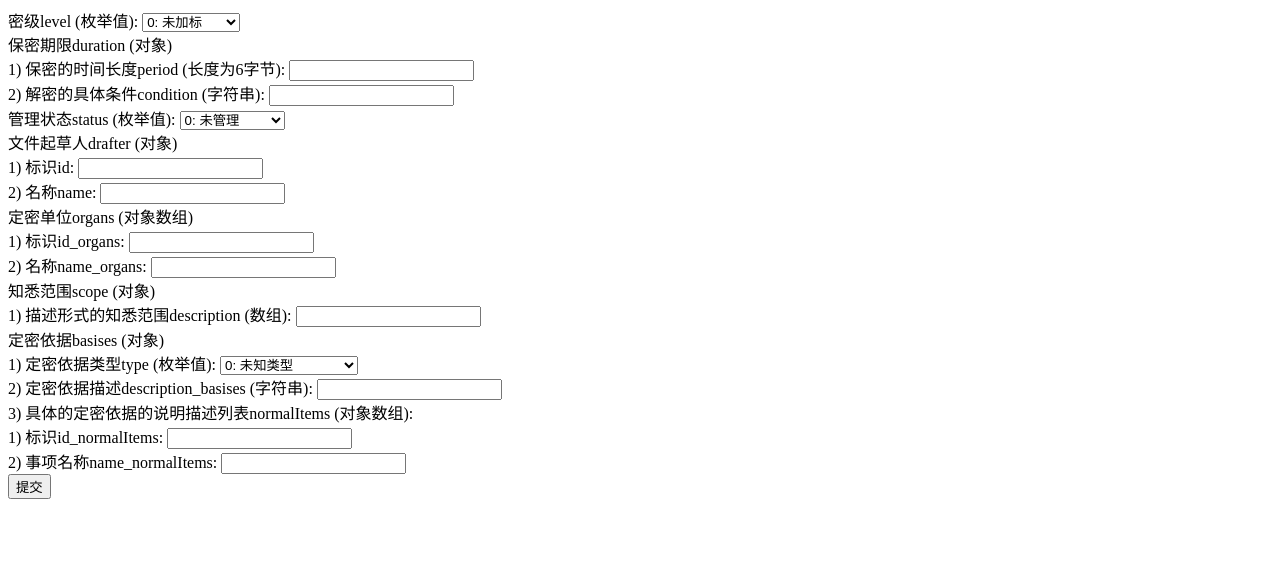
Repository: karlinglee93/eclipse-workspace
Page: jsp_test/WebContent/test.html
These files come from the project's save history. The page is drawn as it stood at one moment and after the next save; the edit follows.
The browser window is 1280 px wide. The pictures show the whole page.

Above is the page before, as saved 2018-07-05 06:09:24.

After the next save:
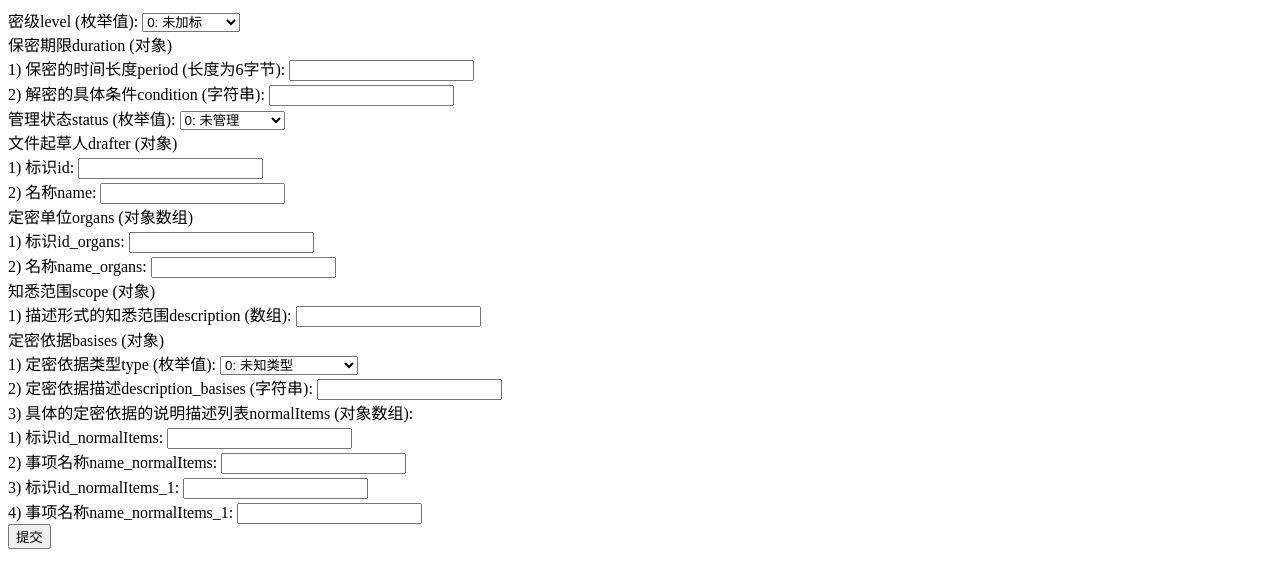
Saved 31 s later.
--- a/jsp_test/WebContent/test.html
+++ b/jsp_test/WebContent/test.html
@@ -89,6 +89,12 @@
 2) 事项名称name_normalItems:
 <input type="text" name="name_normalItems" />
 <br />
+3) 标识id_normalItems_1:
+<input type="text" name="id_normalItems" />
+<br />
+4) 事项名称name_normalItems_1:
+<input type="text" name="name_normalItems" />
+<br />
 
 <input type="submit" value="提交" />
 </form>
